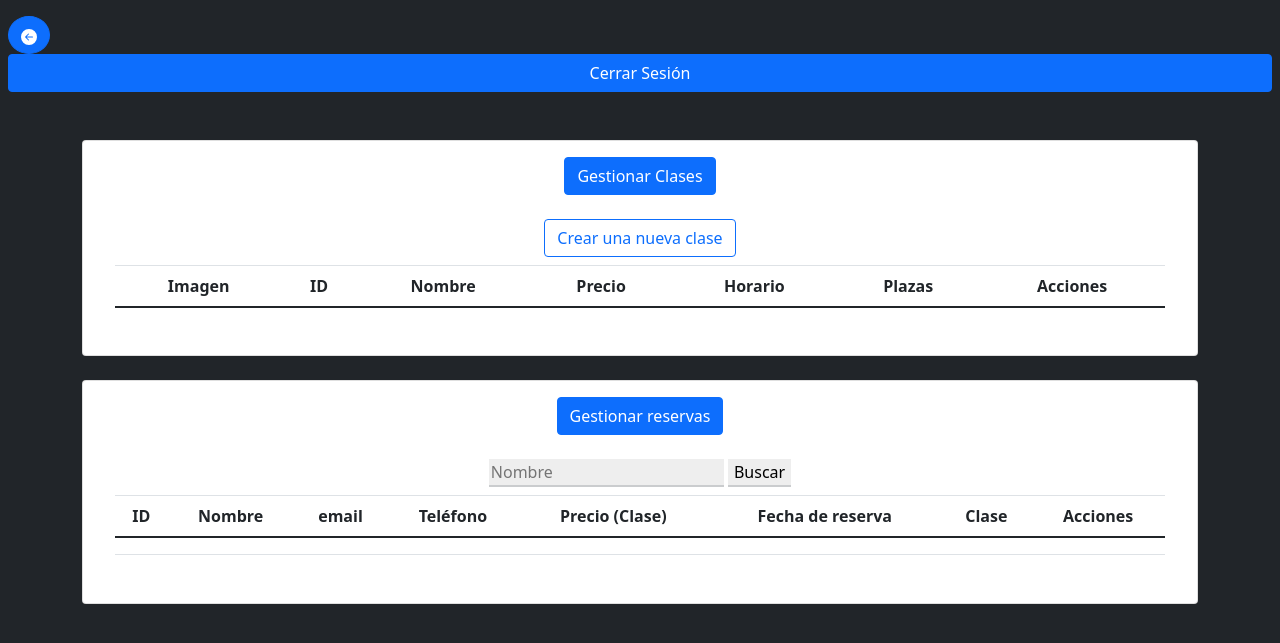
Repository: gcvictor22/ProyectoFinal1DAM
Page: http://localhost/gestionar
These files come from the project's save history. The page is drawn as it stood at one moment and after the next save; the edit follows.
The browser window is 1280 px wide. The pictures show the whole page.
The page is this project's Thymeleaf template; nobody is signed in. The template is opened directly, without the code that normally fills it, so the values that code supplies are empty.

Above is the page before, as saved 2022-06-01 06:36:20.
Console error: TypeError: Cannot read properties of null (reading 'style')

After the next save:
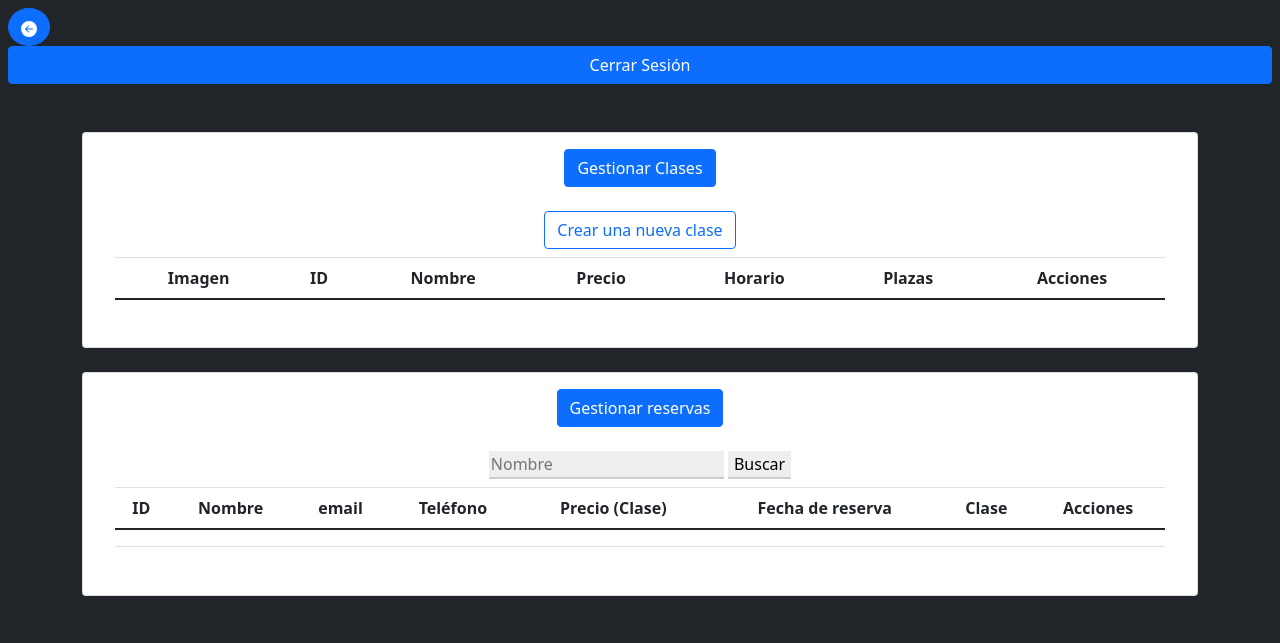
Saved 5 s later.
--- a/ProyectoFinalSTS/src/main/resources/templates/gestionar.html
+++ b/ProyectoFinalSTS/src/main/resources/templates/gestionar.html
@@ -19,7 +19,7 @@
 
 <body class="bg-dark p-2" id=bodyGestionar>
 	<header class="w-100">
-		<a class="btn btn-primary rounded-circle sticky-top mt-2" th:href="@{/inicio}">
+		<a class="btn btn-primary rounded-circle sticky-top" th:href="@{/inicio}">
 			<svg xmlns="http://www.w3.org/2000/svg" width="16" height="16" fill="currentColor"
 				class="bi bi-arrow-left-circle-fill mx-0" viewBox="0 0 16 16">
 				<path
